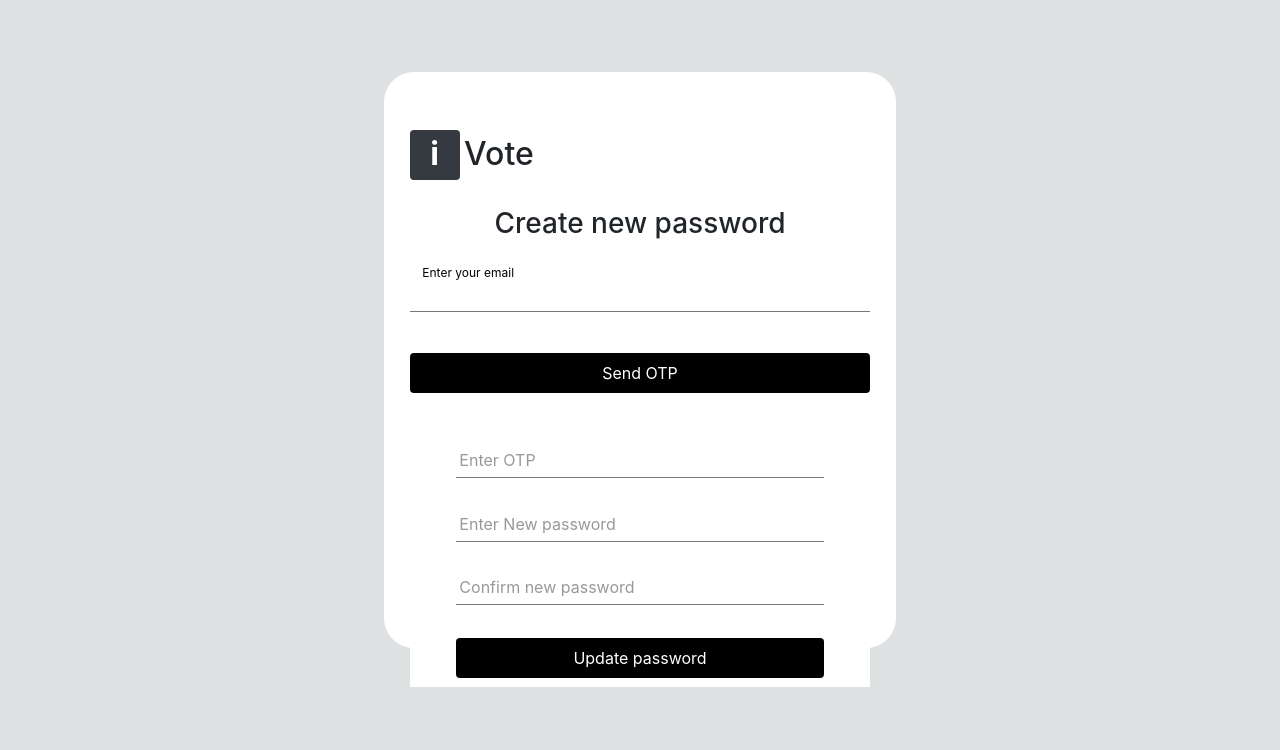
Repository: CS699-IITB-Autumn-2021/project-alpha_team
Page: http://localhost/forgotPassword.html
The author's editor kept a copy of each file at every save. The page is drawn from the files as they stood at one save, then again after the next save.
The browser window is 1280 px wide. The pictures show the whole page.
Some web libraries are served in a nearby version. The page is served by the project's application, run on Flask 3 (app.py).

Above is the page before, as saved 2021-10-26 18:06:54.

After the next save:
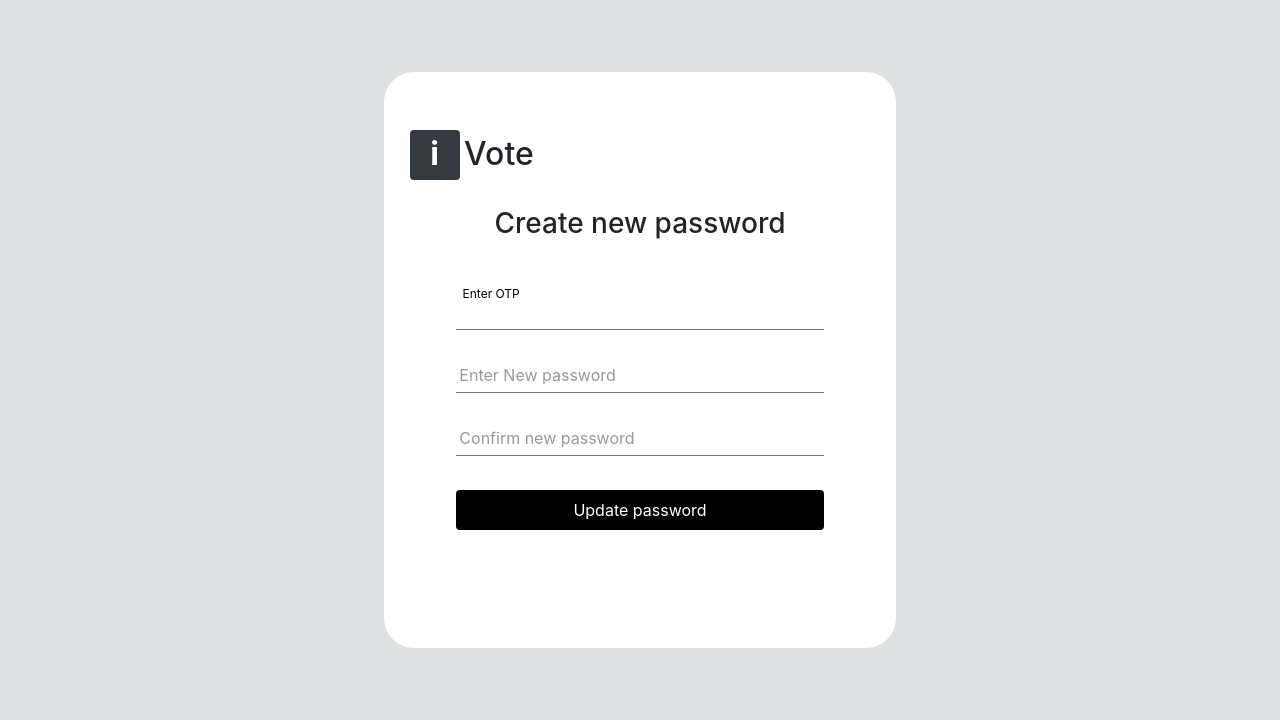
Saved 2 min 0 s later.
--- a/IVote/templates/forgotPassword.html
+++ b/IVote/templates/forgotPassword.html
@@ -25,14 +25,7 @@
                 <div class="t-a-c pad-5 ">
                     <h3 class="mb-9">Create new password</h3>
 
-                        <div class="group">
-                            <input type="text" class="highlight mb-9" autocomplete="off" autofocus required/>
-                            <label class="floating-label">Enter your email</label>
 
-                        </div>
-                        <button type="submit" class="user-login-button w-100 black-bg font-w h-20 b-rad-5p ">
-                            Send OTP
-                        </button>
 
                     <form class="login-form" action="">
 
